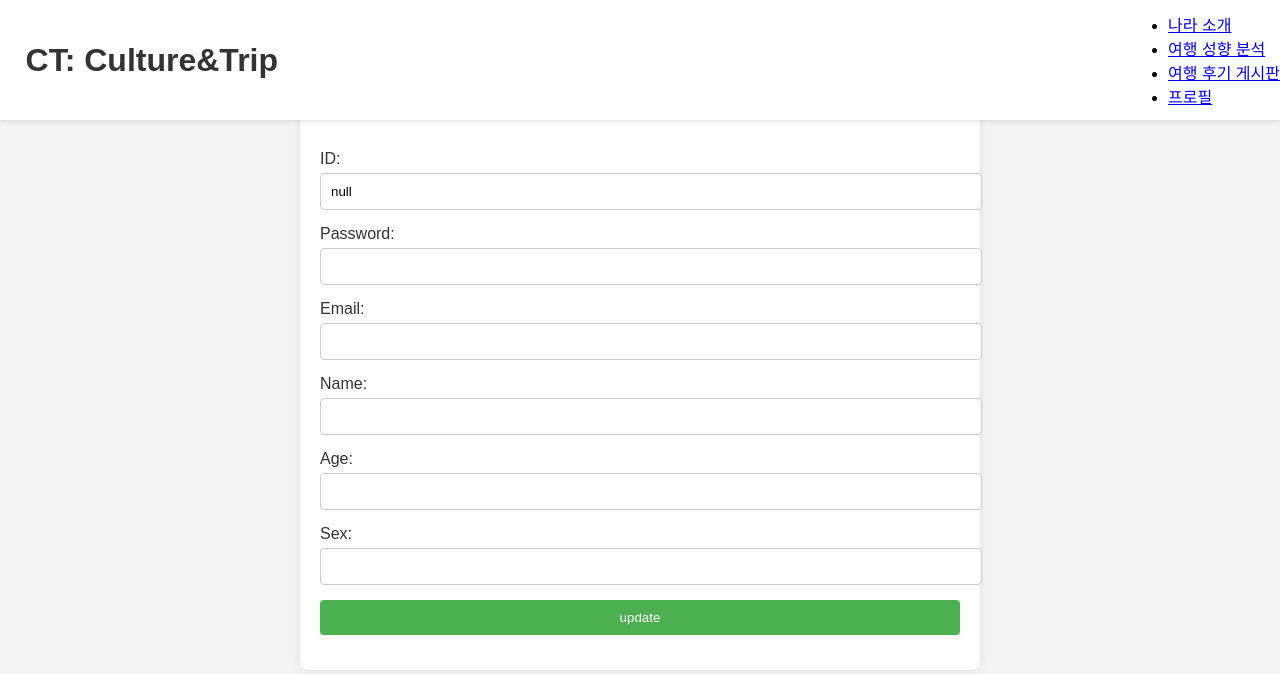
Repository: LifeIsRightward/WebServer
Page: http://localhost/JSPBook/Project/profile.jsp
The author's editor kept a copy of each file at every save. The page is drawn from the files as they stood at one save, then again after the next save.
The browser window is 1280 px wide. The pictures show the whole page.
The page is served by Tomcat 9. Other server files are loaded and not shown.

Above is the page before, as saved 2024-06-06 17:35:59.

### JSPBook/src/main/webapp/Project/profile.jsp
<%@ page language="java" contentType="text/html; charset=EUC-KR"
    pageEncoding="EUC-KR"%>
<!DOCTYPE html>
<html>
<head>
<meta charset="EUC-KR">
<link rel="stylesheet" href="css/profile.css" type="text/css">
<title>Profile</title>
</head>
<body>
	<%@ page import = "javabean.*" %>

	<%
            String uid = "";
            String pw = "";
            String email = "";
            String name = "";
            String age = "";
            String sex = "";
            uid = request.getParameter("id");

            if(uid != null){
                String idnum = uid;
                memberDBCP mDBCP = new memberDBCP();
                member se = mDBCP.getMember(idnum);

                pw = se.getPassword();
                email = se.getEmail();
                name = se.getName();
                age = se.getAge();
                sex = se.getSex();
            }
        %>

    <header>
        <h1>CT: Culture&Trip</h1>
        <nav>
            <ul>
                <li><a href="#">나라 소개</a></li>
                <li><a href="#">여행 성향 분석</a></li>
                <li><a href="#">여행 후기 게시판</a></li>
                <li><a href="profile.jsp?id=<%=uid%>">프로필</a></li>
            </ul>
        </nav>
    </header>

    <div class="container">
        <h1>Profile</h1>
        <form method="post" action="profileprocess.jsp">
            <div class="form-group">
                <label for="id">ID:</label>
                <input type="text" name="id" value="<%= uid %>" readonly>
            </div>
            <div class="form-group">
                <label for="password">Password:</label>
                <input type="text" name="password" value="<%= pw %>">
            </div>
            <div class="form-group">
                <label for="email">Email:</label>
                <input type="email" name="email" value="<%= email %>">
            </div>
            <div class="form-group">
                <label for="name">Name:</label>
                <input type="text" name="name" value="<%= name %>">
            </div>
            <div class="form-group">
                <label for="age">Age:</label>
                <input type="text" name="age" value="<%= age %>">
            </div>
            <div class="form-group">
                <label for="sex">Sex:</label>
                <input type="text" name="sex" value="<%= sex %>">
            </div>
            <div class="form-group">
                <input type="submit" value="update" name="update">
            </div>
        </form>
    </div>
</body>
</html>

### JSPBook/src/main/webapp/Project/css/profile.css
@charset "EUC-KR";

body {
        font-family: Arial, sans-serif;
        background-color: #f4f4f4;
        margin: 0;
        padding: 0;
    }
    .container {
        width: 50%;
        margin: 50px auto;
        padding: 20px;
        background-color: white;
        box-shadow: 0 0 10px rgba(0, 0, 0, 0.1);
        border-radius: 8px;
    }
    h1 {
        text-align: center;
        color: #333;
    }

	header {
		display: flex; /* header를 flexbox로 설정 */
	    align-items: center; /* 항목들을 중앙 정렬 */
	    justify-content: space-between; /* 항목들을 양쪽 끝으로 분산 */
	    position: absolute;
	    top: 0;
	    left: 0;
	    height: 100px; /* header 높이 설정 */
	    width: 100%; /* 전체 너비 차지 */
	    background-color: #fff; /* 배경색 */
	    padding: 10px 0; /* 여백 설정 */
	     z-index: 10; /* 다른 요소 위에 표시 */
	    box-shadow: 0 2px 4px rgba(0, 0, 0, 0.1); /* 그림자 효과 */
	}

	header > h1{
		margin-left:2%;
	}

    .form-group {
        margin-bottom: 15px;
    }
    .form-group label {
        display: block;
        margin-bottom: 5px;
        color: #333;
    }
    .form-group input {
        width: 100%;
        padding: 10px;
        border: 1px solid #ccc;
        border-radius: 4px;
    }
    .form-group input[type="submit"] {
        background-color: #4CAF50;
        color: white;
        border: none;
        cursor: pointer;
    }
    .form-group input[type="submit"]:hover {
        background-color: #45a049;
    }

After the next save:
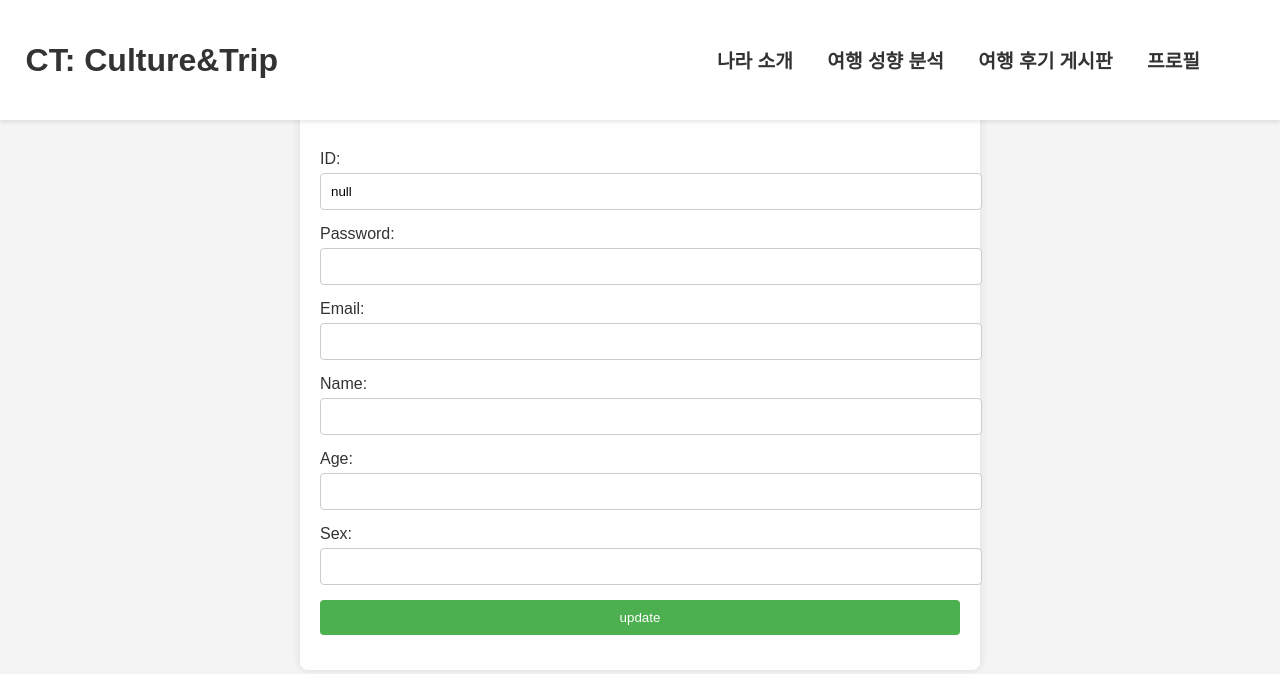
Saved 50 s later.
--- a/JSPBook/src/main/webapp/Project/css/profile.css
+++ b/JSPBook/src/main/webapp/Project/css/profile.css
@@ -38,6 +38,29 @@ body {
 		margin-left:2%;
 	}
 
+	nav ul {
+	    list-style: none; /* 기본 목록 스타일 제거 */
+	    margin-right: 50px;
+	    padding: 0; /* 여백 제거 */
+	    text-align: right; /* 오른쪽 정렬 */
+	}
+
+	nav li {
+	    display: inline-block; /* li 요소를 가로로 나열 */
+	    margin-right: 30px; /* 각 li 요소 사이 여백 */
+	}
+
+	nav a {
+	    color: #333; /* 링크 색상 */
+	    text-decoration: none; /* 기본 텍스트 장식 제거 */
+	    font-weight: bold; /* 글씨체 강조 */
+	    font-size: 1.2em;
+	}
+
+	nav a:hover {
+	    color: #408080; /* 마우스 호버 시 링크 색상 변경 */
+	}
+
     .form-group {
         margin-bottom: 15px;
     }
